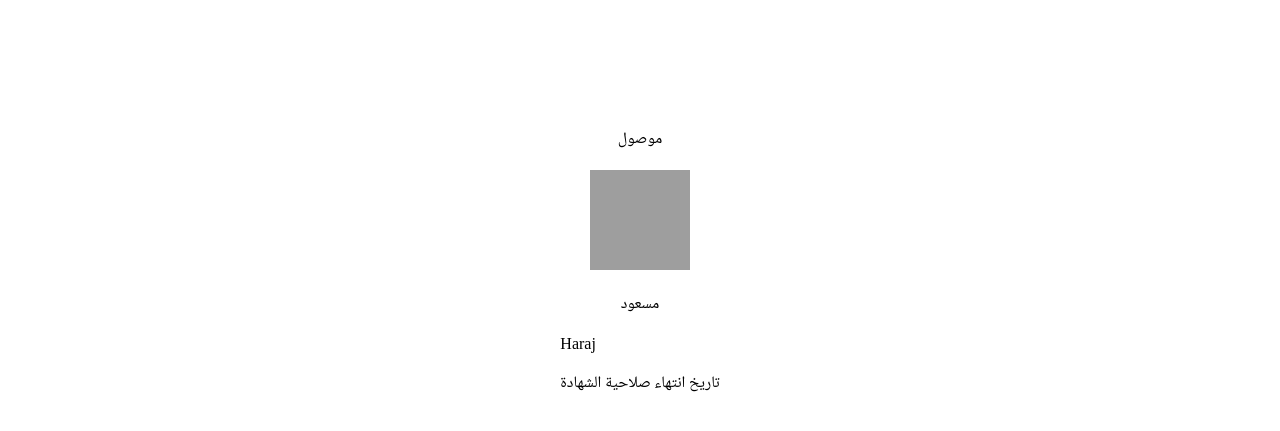
Repository: khanshakiil/ArabicHTMLToPDF
Page: HospitalFrontDesk/src/main/resources/html.html
The author's editor kept a copy of each file at every save. The page is drawn from the files as they stood at one save, then again after a run of saves.
The browser window is 1280 px wide. The pictures show the whole page.
Pictures or frames that could not be fetched are drawn as grey boxes.

Above is the page before, as saved 2020-03-05 20:14:26.

### HospitalFrontDesk/src/main/resources/html.html
<!DOCTYPE html>
<html>

<head>
<style>
table {
margin: 60px;
padding: 50px;

border-spacing:15px;

}
tr{
align: left;
}

#qrCode{
width: 100px;
height: 100px;
}
</style>

</head>

<body>
<center>
<table>
<tr align="center"><td dir="rtl" style="font-family: Noto Naskh Arabic">موصول</td></tr>
<tr align="center"><td dir="rtl"><img src="E:\\qrcode.png" id="qrCode"></img></td> </tr>
<tr align="center"><td dir="rtl" style="font-family: Noto Naskh Arabic">مسعود </td></tr>
<tr align="left" dir="ltr"><td>Haraj</td></tr>
<tr align="center"><td dir="rtl" style="font-family: Noto Naskh Arabic">تاريخ انتهاء صلاحية الشهادة </td></tr>

</table>
</center>
</body>

</html>

After the next 2 saves:
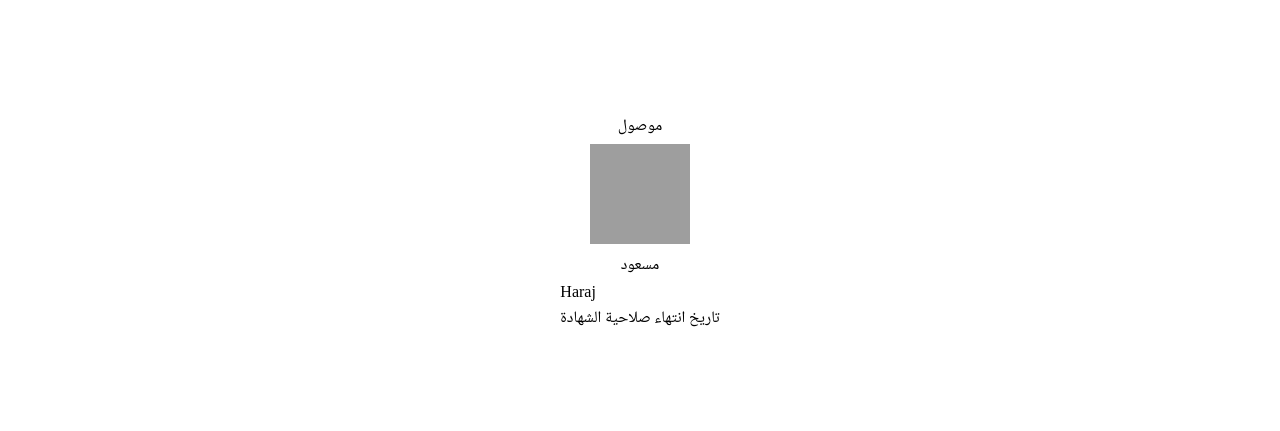
The 2 saves are shown as one change because they came seconds apart.
The last was saved 35 s later.
--- a/HospitalFrontDesk/src/main/resources/html.html
+++ b/HospitalFrontDesk/src/main/resources/html.html
@@ -6,7 +6,7 @@
 table {
 margin: 60px;
 padding: 50px;
-
+ border:10px
 border-spacing:15px;
 
 }

After the 2 saves that followed:
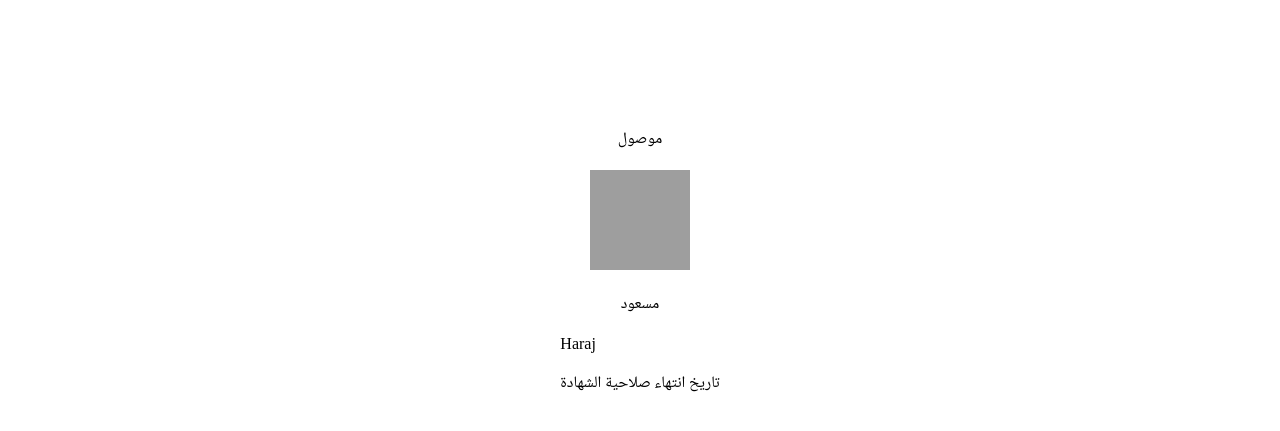
The 2 saves are shown as one change because 1 left the picture as it was.
The last was saved 42 s later.
--- a/HospitalFrontDesk/src/main/resources/html.html
+++ b/HospitalFrontDesk/src/main/resources/html.html
@@ -6,7 +6,8 @@
 table {
 margin: 60px;
 padding: 50px;
- border:10px
+ border:10px;
+ border-color:black;
 border-spacing:15px;
 
 }
